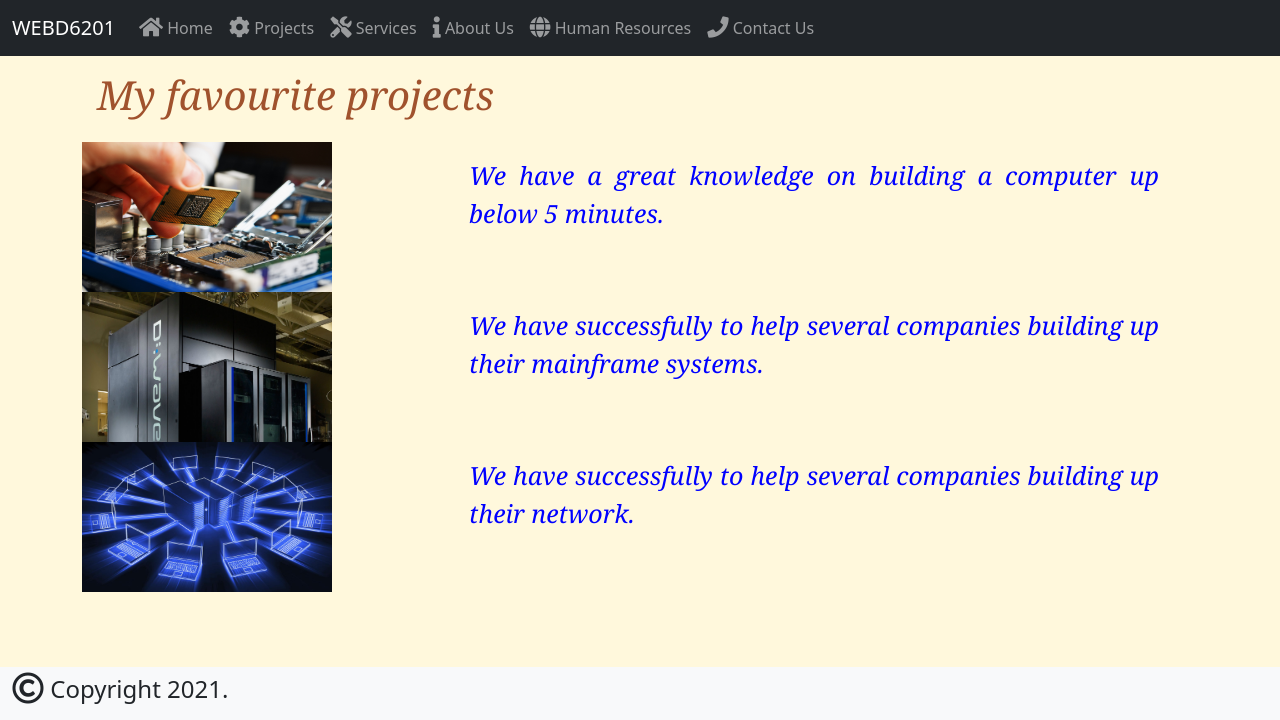
Repository: YiuWingLau/WEBD6201-W2021-Lab1
Page: projects.html
The author's editor kept a copy of each file at every save. The page is drawn from the files as they stood at one save, then again after the next save.
The browser window is 1280 px wide. The pictures show the whole page.

Above is the page before, as saved 2021-02-04 21:45:51.

### projects.html
<!DOCTYPE html>
<html lang="en">
<head>
    <meta charset="UTF-8">
    <meta name="viewport" content="width=device-width, initial-scale=1.0">
    <title>Projects</title>

    <!--CSS Section -->
    <link rel="stylesheet" href="./node_modules/bootstrap/dist/css/bootstrap.min.css">
    <link rel="stylesheet" href="./node_modules/@fortawesome//fontawesome-free/css/all.min.css">
    <link rel="stylesheet" href="./Content/app.css">
</head>
<body>
    <!-- Main Header-->
    <header>
      <!-- Main Navigation-->
      <nav class="navbar navbar-expand-lg navbar-dark bg-dark">
          <div class="container-fluid">
            <a class="navbar-brand" href="index.html">WEBD6201</a>
            <button class="navbar-toggler" type="button" data-bs-toggle="collapse" data-bs-target="#navbarSupportedContent" aria-controls="navbarSupportedContent" aria-expanded="false" aria-label="Toggle navigation">
              <span class="navbar-toggler-icon"></span>
            </button>
            <div class="collapse navbar-collapse" id="navbarSupportedContent">
              <ul class="navbar-nav me-auto mb-2 mb-lg-0">

                <li id="navBarIndex" class="nav-item">
                  <a class="nav-link" aria-current="page" href="index.html"><i class="fas fa-home fa-lg"></i> Home</a>
                </li>

                <li id="navBarProjects" class="nav-item">
                  <a class="nav-link active" aria-current="page" href="products.html"><i class="fas fa-cog fa-lg"></i> Products</a>
                </li>

                <li id="navBarServices" class="nav-item">
                  <a class="nav-link" aria-current="page" href="services.html"><i class="fas fa-tools fa-lg"></i> Services</a>
                </li>

                <li id="navBarAboutUs" class="nav-item">
                  <a class="nav-link" aria-current="page" href="about.html"><i class="fas fa-info fa-lg"></i> About Us</a>
                </li>

                <li id="navBarContactUs" class="nav-item">
                  <a class="nav-link" aria-current="page" href="contact.html"><i class="fas fa-phone fa-lg"></i> Contact Us</a>
                </li>

              </ul>
            </div>
          </div>
      </nav>
    </header>
    <!-- Main Content -->
    <main class="container">
    </main>

    <!-- Main Footer -->
    <footer>
        <nav class="navbar fixed-bottom navbar-light bg-light">
            <div class="container-fluid">
              <h4><i class="far fa-copyright fa-lg"></i> Copyright 2021.</a></h4>
            </div>
        </nav>
    </footer>
    <!-- JavaScript Section -->
    <script src="./node_modules/jquery/dist/jquery.min.js"></script>
    <script src="./node_modules/bootstrap/dist/js/bootstrap.bundle.min.js"></script>
    <script src="./Scripts/app.js"></script>
</body>
</html>

### Content/app.css
h1 {
    padding: 15px;
    color: sienna;
    font-family: Cambria, Cochin, Georgia, Times, 'Times New Roman', serif;
    font-style: italic;
}

p {
    padding: 15px;
    color: blue;
    font-family:Cambria, Cochin, Georgia, Times, 'Times New Roman', serif;
    font-style: italic;
    font-size: 25px;
    text-align: justify;
}

body {
    background-color: cornsilk;
}

#homePicture {
    width: 1000px;
    height: 600px;
}

#favImage {

    width: 250px;
    height: 150px;
}

### Scripts/app.js
/* custom JavaScript goes here */

//IIFE - Immediately Invoked Function Expression
//AKA - Anonymous Self-Executing Function
//Closure - limits scope leak

"use strict";

(function()
{
    function displayHome()
    {
      // create heading element
      let homeHeading = document.createElement("h1");
      // configure the element
      homeHeading.setAttribute("id", "homeHeading");
      homeHeading.textContent = "Welcome to WEBD6201";
      // select the parent element
      let mainContent = document.getElementsByTagName("main")[0];
      // Add / Insert the element
      mainContent.appendChild(homeHeading);

      // inject the background image to the home pageinject the background image to the home page
        let myhomebackground = document.createElement("img");
        myhomebackground.setAttribute("id", "homePicture");
        myhomebackground.setAttribute("src", "./images/homepagebackground.jpg");
        myhomebackground.setAttribute("alt", "Computer Programmer");
        mainContent.appendChild(myhomebackground);

        // inject the first paragraph to the home page
        let newParagraph = document.createElement("p");
        newParagraph.setAttribute("id", "paragraphTwo");
        newParagraph.textContent = "We provide the best programming service for you...";
        mainContent.appendChild(newParagraph);
    }

    function displayAbout()
    {
        //create new element Human Resources
        let myPicture = document.createElement("img");
        myPicture.setAttribute("id", "myImage");
        myPicture.setAttribute("src", "./images/img_me.jpg");
        myPicture.setAttribute("alt", "Nelson Lau");
        myPicture.setAttribute("width", "192");
        myPicture.setAttribute("height", "108");

        // Step 1. document.createElement
        let ParagraphOne = document.createElement("p");
        // Step 2. configure the element
        ParagraphOne.setAttribute("id", "myIntroduction");
        ParagraphOne.textContent = "Here are my favourite projects.";
        // Step 3. select the parent element
        let mainContent = document.getElementsByTagName("main")[0];
        mainContent.appendChild(myPicture);
        // Step 4. Add / Insert the element
        mainContent.appendChild(ParagraphOne);
        ParagraphOne.className = "fs-lg";

    }

    function displayProjects()
    {
      // create and add heading to Projects page
      let projectHeading = document.createElement("h1");
      projectHeading.setAttribute("id", "projectHeading");
      projectHeading.textContent = " My favourite projects";
      let mainContent = document.getElementsByTagName("main")[0];
      mainContent.appendChild(projectHeading);


      // create favorite projects element div tag
      let project = document.createElement("table");
      project.setAttribute("class", "container");
      project.setAttribute("id", "project");
      mainContent.appendChild(project);

      // create & insert 1st favorite project detail
      let projectOne = document.createElement("div");
      projectOne.setAttribute("class", "row");
      projectOne.setAttribute("id", "projectOne");
      projectOne.innerHTML = `<div class="row"><div class="col-4"><img id="favImage" src="./images/hardware.jpg" alt="computer hardware"></div>
                              <div class="col-8"><p> We have a great knowledge on building a computer up below 5 minutes.</p></div></div><div></div>`;
      project.appendChild(projectOne);

      // create & insert 2nd favorite project detail
      let projectTwo = document.createElement("div");
      projectTwo.setAttribute("class", "row");
      projectTwo.setAttribute("id", "projectTwo");
      projectTwo.innerHTML = `<div class="row"><div class="col-4"><img id="favImage" src="./images/mainframe.jpg" alt="mainframe development"></div>
                              <div class="col-8"><p> We have successfully to help several companies building up their mainframe systems.</p></div></div><div></div>`;
      project.appendChild(projectTwo);

      // create & insert 2nd favorite project detail
      let projectThree = document.createElement("div");
      projectThree.setAttribute("class", "row");
      projectThree.setAttribute("id", "projectThree");
      projectThree.innerHTML = `<div class="row"><div class="col-4"><img id="favImage" src="./images/networking.jpg" alt="computer networking"></div>
                                <div class="col-8"><p> We have successfully to help several companies building up their network.</p></div></div><div></div>`;
      project.appendChild(projectThree);
    }

    function displayHumanResources()
    {

    }

    function displayServices()
    {

        // another way of injecting content
        let paragraphDiv = document.createElement("div");
        let paragraphThree = `<p id="paragraphThree" class="fs-7 fw-bold">And this is the Third Paragraph</p>`;
        paragraphDiv.innerHTML = paragraphThree;

        // insertions

        // example of inserting before a node
        // newParagraph.before(paragraphDiv);

        // example of inserting after a node
        newParagraph.after(paragraphDiv);

        // deletions

        // example of removing a single element
        //paragraphOneElement.remove();

        // example of removeChild
       // mainContent.removeChild(paragraphOneElement);
        // update / modification
        //mainContent.firstElementChild.textContent = "Welcome Home!";
    }

    function displayContact()
    {
        let messageArea = document.getElementById("messageArea");
        messageArea.hidden = true;

        // form validation
        let fullName = document.getElementById("fullName");
        fullName.addEventListener("blur", function() {
            if(fullName.value.length < 2)
            {
                fullName.focus();
                fullName.select();
                messageArea.hidden = false;
                messageArea.className = "alert alert-danger";
                messageArea.textContent = "Please enter an appropriate Name";
            }
            else
            {
                messageArea.removeAttribute("class");
                messageArea.hidden = true;
            }
        });

        let sendButton = document.getElementById("sendButton");
        sendButton.addEventListener("click", function(event){
            //event.preventDefault();

            let contact = new Contact(fullName.value, contactNumber.value, emailAddress.value);

            if(contact.serialize())
            {
              localStorage.setItem((localStorage.length + 1).toString(), contact.serialize());
            }

        });
    }

    function displayContactList()
    {
      if (localStorage.length > 0)
      {
        let contactList = document.getElementById("contactList");

        let data = "";

        for (let index = 0; index < localStorage.length; index++)
        {
          let contactData = localStorage.getItem((index + 1).toString());

          let contact = new Contact();
          contact.deserialize(contactData);

          data += `<tr>
          <th scope="row">${index + 1}</th>
          <td>${contact.FullName}</td>
          <td>${contact.ContactNumber}</td>
          <td>${contact.EmailAddress}</td>
        </tr>`;
        }

        contactList.innerHTML = data;
      }
    }

    // function to correct the wrong link and text content in navigation bar
    function changeNavBarName()
    {
        let navName = document.getElementById("navBarProjects");
        navName.innerHTML = `<a class='nav-link' aria-current='page' href='projects.html'><i class="fas fa-cog fa-lg"></i> Projects</a>`;
    }

    // function to add Human Resource element to Nav Bar between About Us and Contact Us
    function addNewNavBarElement()
    {
        //create new element Human Resources
        let newListElement = document.createElement("li");
        newListElement.setAttribute("id", "navBarHumanResources");
        newListElement.setAttribute("class", "nav-item");
        newListElement.innerHTML = `<a class='nav-link' aria-current='page' href='Human-Resources.html'><i class="fas fa-globe fa-lg"></i> Human Resources</a>`;
        // append new element after About Us
        let aboutUsListElement = document.getElementById("navBarAboutUs");
        aboutUsListElement.after(newListElement);
    }

    function Start()
    {
        console.log("App Started...");

        changeNavBarName();

        addNewNavBarElement();

        switch (document.title)
        {
          case "Home":
              displayHome();
            break;
          case "About":
              displayAbout();
            break;
          case "Projects":
              displayProjects();
            break;
          case "Human Resources":
              displayHumanResources();
            break;
          case "Services":
              displayServices();
            break;
          case "Contact":
              displayContact();
            break;
          case "Contact-List":
            displayContactList();
          break;
        }

    }

    window.addEventListener("load", Start);

})();

Loaded but not shown: node_modules/bootstrap/dist/css/bootstrap.min.css (library); node_modules/@fortawesome/fontawesome-free/css/all.min.css (library); node_modules/jquery/dist/jquery.min.js (library); node_modules/bootstrap/dist/js/bootstrap.bundle.min.js (library)

After the next save:
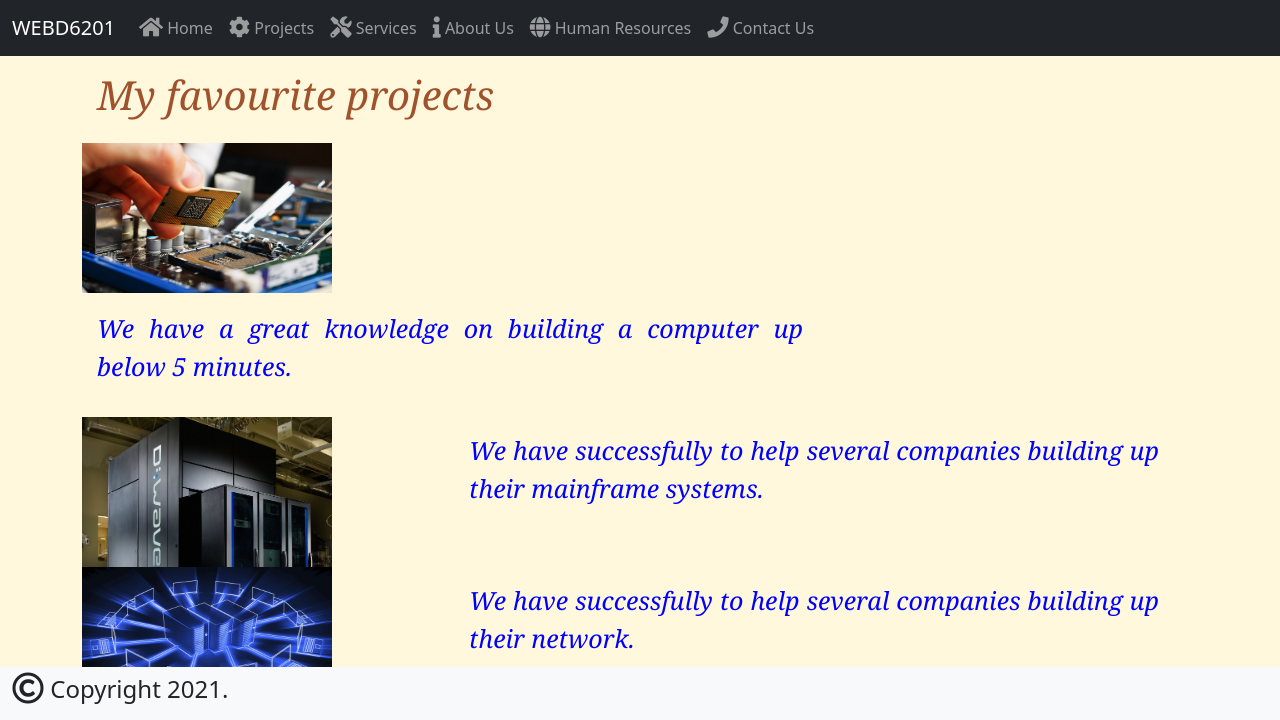
Saved 47 s later.
--- a/Scripts/app.js
+++ b/Scripts/app.js
@@ -75,11 +75,11 @@
       mainContent.appendChild(project);
 
       // create & insert 1st favorite project detail
-      let projectOne = document.createElement("div");
+      let projectOne = document.createElement("tr");
       projectOne.setAttribute("class", "row");
       projectOne.setAttribute("id", "projectOne");
-      projectOne.innerHTML = `<div class="row"><div class="col-4"><img id="favImage" src="./images/hardware.jpg" alt="computer hardware"></div>
-                              <div class="col-8"><p> We have a great knowledge on building a computer up below 5 minutes.</p></div></div><div></div>`;
+      projectOne.innerHTML = `<td class="row"><div class="col-4"><img id="favImage" src="./images/hardware.jpg" alt="computer hardware"></td>
+                              <td class="col-8"><p> We have a great knowledge on building a computer up below 5 minutes.</p></td>`;
       project.appendChild(projectOne);
 
       // create & insert 2nd favorite project detail
